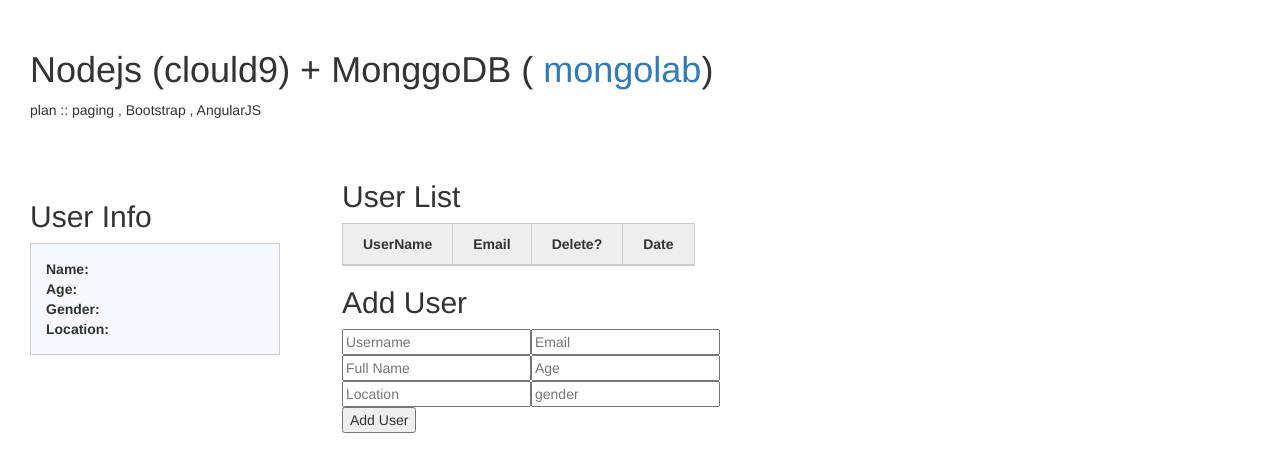
Repository: SeungHyunChoi/choish777
Page: http://localhost/
The author's editor kept a record of every edit. The page is drawn from the files as they stood at one moment, then again after the next edit.
The browser window is 1280 px wide. The pictures show the whole page.
The page is served by the project's Node server (app.js). Other server files are loaded and not shown. Queries for data that is not in the repository find no rows.

Above is the page before.
Console error: ReferenceError: shwo is not defined

### workspace/views/index.jade
extends layout


block content
    h1= title
    h1 Nodejs (clould9) + MonggoDB ( <a href="https://mongolab.com/" target="_new">mongolab</a>)
    div plan :: paging , Bootstrap , AngularJS
    br
    br
    // Wrapper
    #wrapper

        // USER INFO
        #userInfo
            h2 User Info
            p
                strong Name:
                |  <span id='userInfoName'>#{userInfoName}</span>
                br
                strong Age:
                |  <span id='userInfoAge'>#{userInfoAge}</span>
                br
                strong Gender:
                |  <span id='userInfoGender'>#{userInfoGender}</span>
                br
                strong Location:
                |  <span id='userInfoLocation'>#{userInfoLocation}</span>
        // /USER INFO
        // USER LIST
        h2 User List

        #userList
            table
                thead
                    th UserName
                    th Email
                    th Delete?
                    th Date
                tr
                    each user, i in userlist
                       td
                           a(href="#" , class="linkshowuser" ,rel="#{user._id}" )= user.username
                       td
                           = user.email
                       td
                           a(href="#" ,class="linkdeleteuser" , rel="#{user._id}")= user._id
                       td
                           = user.regdt
                               tr

            <div id="test" style="display:none">#{paging}</div>
            <div id="pagingBst">
        // /USER LIST
        // ADD USER
        h2 Add User
        #addUser
            fieldset
                input#inputUserName(type='text', placeholder='Username')
                input#inputUserEmail(type='text', placeholder='Email')
                br
                input#inputUserFullname(type='text', placeholder='Full Name')
                input#inputUserAge(type='text', placeholder='Age')
                br
                input#inputUserLocation(type='text', placeholder='Location')
                input#inputUserGender(type='text', placeholder='gender')
                br
                button#btnAddUser Add User
        // /ADD USER
        //paging
    // /WRAPPER

### workspace/views/layout.jade
doctype html
html
    head
        title= title
        link(rel='stylesheet', href='/stylesheets/style.css')
        link(rel='stylesheet', href='https://maxcdn.bootstrapcdn.com/bootstrap/3.3.4/css/bootstrap.min.css')
    body
        block content
        script(src='http://code.jquery.com/jquery-latest.min.js')
        script(src='/javascripts/global.js')
        script(src='https://maxcdn.bootstrapcdn.com/bootstrap/3.3.4/js/bootstrap.min.js')

### workspace/app.js
var express = require('express');
var path = require('path');
var favicon = require('serve-favicon');
var logger = require('morgan');
var cookieParser = require('cookie-parser');
var bodyParser = require('body-parser');

// New Code
var mongo = require('mongodb');
var monk = require('monk');
var db = monk('mongodb://choish777:asdqwe12@ds047008.mongolab.com:47008/cshdb');


var routes = require('./routes/index');
var users = require('./routes/users');

var app = express();

// view engine setup
app.set('views', path.join(__dirname, 'views'));
app.set('view engine', 'jade');

// uncomment after placing your favicon in /public
//app.use(favicon(__dirname + '/public/favicon.ico'));
app.use(logger('dev'));
app.use(bodyParser.json());
app.use(bodyParser.urlencoded({ extended: false }));
app.use(cookieParser());
app.use(express.static(path.join(__dirname, 'public')));

// Make our db accessible to our router
app.use(function(req,res,next){
    req.db = db;
    next();
});

app.use('/', routes);
app.use('/users', users);

// catch 404 and forward to error handler
app.use(function(req, res, next) {
  var err = new Error('Not Found');
  err.status = 404;
  next(err);
});

// error handlers

// development error handler
// will print stacktrace
if (app.get('env') === 'development') {
  app.use(function(err, req, res, next) {
    res.status(err.status || 500);
    res.render('error', {
      message: err.message,
      error: err
    });
  });
}

// production error handler
// no stacktraces leaked to user
app.use(function(err, req, res, next) {
  res.status(err.status || 500);
  res.render('error', {
    message: err.message,
    error: {}
  });
});


module.exports = app;

### workspace/routes/index.js
var express = require('express');
var router = express.Router();
var pagination = require('pagination');
var querystring = require("querystring");
var url = require("url");

function TodayNewDate(){
    var newDate = new Date();
    var dateString = "";
    var tz = newDate.getTime() + (newDate.getTimezoneOffset() * 60000) + (9 * 3600000);
    newDate.setTime(tz);

    dateString += newDate.getFullYear()+ "-";
    dateString += NewDateZero((newDate.getMonth() + 1)) + "-";
    dateString += NewDateZero(newDate.getDate()) + " ";
    dateString += NewDateZero(newDate.getHours()) + ":";
    dateString += NewDateZero(newDate.getMinutes()) + ":";
    dateString += NewDateZero(newDate.getSeconds());

    return dateString;
}

function NewDateZero(v){
    var date ="";
    if(parseInt(v) > 9){
        date = v;
    }else{
        date = '0' + v;
    }
    return date;
}


/* GET home page. */
router.get('/', function(req, res) {
    var db = req.db;
    console.log('page = > '+req.query.page);
    var pageNum = querystring.parse(req.url)['/?page'];

 //   console.log(req.connection.remoteAddress);
 console.log(TodayNewDate());
    var collection = db.get('cshcollection');
    collection.find({},{},function(e,docs){
        res.render('index', {
            userlist : docs,
         });
    });
});

/* GET Hello World page. */
router.get('/helloworld', function(req, res) {
	res.render('helloworld', { title: 'Hello, World!' });
});


/* GET New User page. */
router.get('/newuser', function(req, res) {
    res.render('newuser', { title: 'Add New User' });
});


/* POST to Add User Service */
router.post('/adduser', function(req, res) {

    // Set our internal DB variable
    var db = req.db;

    // Get our form values. These rely on the "name" attributes
    var userName = req.body.username;
    var userEmail = req.body.useremail;
    var userFullname = req.body.UserFullname;
    var userAge = req.body.UserAge;
    var userLocation = req.body.UserLocation;
    var gender = req.body.Gender;


    // Set our collection
    var collection = db.get('cshcollection');

    // Submit to the DB
    collection.insert({
        "username" : userName,
        "email" : userEmail,
        "fullname" :userFullname,
        "userAge" : userAge,
        "userLocation" :userLocation,
        "gender" :gender,
        "regdt" : TodayNewDate()
    }, function (err, doc) {
        if (err) {
            // If it failed, return error
            res.send("There was a problem adding the information to the database.");
        }
        else {
            // If it worked, set the header so the address bar doesn't still say /adduser
            res.location("/");
            // And forward to success page
            res.redirect("/");
        }
    });
});


/*
 * DELETE to deleteuser.
 */
router.post('/deleteuser/:id', function(req, res) {
    var db = req.db;
    var userToDelete = req.params.id;
    console.log(userToDelete);

    var collection = db.get('cshcollection');
    // Submit to the DB
    collection.remove({
        "_id" : userToDelete
    }, function (err, doc) {
        if (err) {
            // If it failed, return error
            res.send("There was a problem adding the information to the database.");
        }
        else {
            // If it worked, set the header so the address bar doesn't still say /adduser
            res.location("/");
            // And forward to success page
            res.redirect("/");
        }
    });

});


/*
 * show user list
 */
router.post('/userlist/:id', function(req, res) {
    var db = req.db;
    var userToDelete = req.params.id;
  //  console.log(userToDelete);

    var collection = db.get('cshcollection');
    // Submit to the DB

    collection.find({
        "_id" : userToDelete
    }, function (err, doc) {
              //  console.log(doc);
              //console.log(JSON.stringify(doc));
        if (err) {
            // If it failed, return error
            res.send("There was a problem adding the information to the database.");
        }
        else {
            res.writeHead(200, { 'Content-Type': 'application/json' });
            res.end(JSON.stringify(doc));
        }
    });

});

module.exports = router;

### workspace/public/stylesheets/style.css
body {
  padding: 30px;
  font: 14px "Lucida Grande", Helvetica, Arial, sans-serif;
}

h2 {
	margin:0 0 .5em 0;
}

a {
  color: #00B7FF;
}


#wrapper {
	padding-left:312px;
	position:relative;
}

#userList {
	margin:0 0 30px 0;
}
	#userList table {
		border-collapse:separate;
		border-spacing:1px;
		background:#CCC;
	}
		#userList table th {
			background:#EEE;
			font-weight:600;
			padding:10px 20px;
			text-align:center;
		}
		#userList table tbody {
			padding:0; margin:0;
			border-collapse:collapse;
			border-spacing:0px;
		}
			#userList table td {
				background:#FFF;
				padding:5px 10px;
				text-align:center;
			}

#userInfo {
	width:250px;
	position:absolute;
	top:0; left:0;
}
	#userInfo p {
		padding:15px;
		border:1px solid #CCC;
		background:rgba(80,120,255,0.05);
	}

fieldset {
	border:0;
	padding:0; margin:0;
}

### workspace/public/javascripts/global.js
// Userlist data array for filling in info box
var userListData = [];

// DOM Ready =============================================================
$(document).ready(function() {
    // Populate the user table on initial page load
   // populateTable();

    // Username link click
    $('#userList table tbody').on('click', 'td a.linkshowuser', showUserInfo);

    // Add User button click
    $('#btnAddUser').on('click', addUser);

    // Delete User link click
    $('#userList table tbody').on('click','td a.linkdeleteuser', deleteUser);


    // $('#pagingBst').html(paging.textContent);
    // $('#pagingBst').html(paging.innerHTML);
    // $('#pagingBst').text(paging.innerHTML);

    shwo();

 });

// Functions =============================================================

 function populateTable() {
// Empty content string
var tableContent = '';

// jQuery AJAX call for JSON

$.getJSON( '/userlist', function( data ) {

// Stick our user data array into a userlist variable in the global object
userListData = data;
$("#userList tbody tr").remove();

var tbody = $("#userList tbody:last");

// For each item in our JSON, add a table row and cells to the content string

$.each(data, function(){
tbody.append($('<tr>')

.append($('<td>')

.append($('')

.attr('href', '#')

.data('user', this)

.text(this.username)

.click(showUserInfo)

)

)

.append($('<td>')

.append($('')

.text(this.email)

)

)

.append($('<td>')

.append($('')

.attr('href', '#')

.data('user', this)

.text('delete')

.click(deleteUser)

)

)

);

});





// Add User button click

$('#btnAddUser').off().on('click', addUser);



});

};


// Add User
function addUser(event) {
    event.preventDefault();
     // Super basic validation - increase errorCount variable if any fields are blank
    var errorCount = 0;
    $('#addUser input').each(function(index, val) {
        if($(this).val() === '') { errorCount++; }
    });

    // Check and make sure errorCount's still at zero
    if(errorCount === 0) {

        // If it is, compile all user info into one object
        var newUser = {
            'username': $('#addUser fieldset input#inputUserName').val(),
            'useremail': $('#addUser fieldset input#inputUserEmail').val(),
            'UserFullname': $('#addUser fieldset input#inputUserFullname').val(),
            'UserAge': $('#addUser fieldset input#inputUserAge').val(),
            'UserLocation': $('#addUser fieldset input#inputUserLocation').val(),
            'Gender': $('#addUser fieldset input#inputUserGender').val()

        }

        $.ajax({
            type : "post" //"POST", "GET"
            , data : newUser
            , url : '/adduser/'
            , contentType: "application/x-www-form-urlencoded; charset=UTF-8"
            , error : function(request, status, error) {
             //통신 에러 발생시 처리
             alert(error.message + '에러 발생' );
             }
            , success : function(response, status, request) {
             //통신 성공시 처리
             alert('Success insert');
            }
            , beforeSend: function() {
             //통신을 시작할때 처리
             //alert('시작합니다.');
            }
            , complete: function() {
             //통신이 완료된 후 처리
            document.location.reload();
            }
        });
    }
    else {
        // If errorCount is more than 0, error out
        alert('Please fill in all fields');
        return false;
    }
};

// Delete User
function deleteUser(event) {

    event.preventDefault();
     // Pop up a confirmation dialog
    var confirmation = confirm('Are you sure you want to delete this user?');

    // Check and make sure the user confirmed
    if (confirmation === true) {

        // If they did, do our delete
       /* $.ajax({
            type: 'post',
            url: '/deleteuser/' + $(this).attr('rel')
        }).success(function( response ) {
             // Check for a successful (blank) response
            if (response.msg === '') {
                alert('Error: ' + response.msg);
            }
            else {
                alert('Error: ' + response.msg);
            }

            // Update the table
//            populateTable();
               document.location.reload();
        });
*/

                $.ajax({
                    type : "post" //"POST", "GET"
                    , async : true //true, false
                    , url : '/deleteuser/' + $(this).attr('rel')
                    , contentType: "application/x-www-form-urlencoded; charset=UTF-8"
                    , error : function(request, status, error) {
                     //통신 에러 발생시 처리
                     alert("잠시후 다시 시도해 주세요.");
                    }
                    , success : function(response, status, request) {
                     //통신 성공시 처리
                      alert('Success delete');
                    }
                    , beforeSend: function() {
                     //통신을 시작할때 처리
                     //alert('시작합니다.');
                    }
                    , complete: function() {
                     //통신이 완료된 후 처리
                    document.location.reload();

                    }
                });


    }
    else {

        // If they said no to the confirm, do nothing
        return false;

    }



};


// Show User Info
function showUserInfo(event) {

    // Prevent Link from Firing
    event.preventDefault();

        $.ajax({
            type : "post" //"POST", "GET"
            , async : true //true, false
            , url : '/userlist/' + $(this).attr('rel')
            , dataType: "json"
            , contentType: "application/x-www-form-urlencoded; charset=UTF-8"
            , error : function(request, status, error) {
             //통신 에러 발생시 처리
             alert(error.message + '에러 발생' );
             }
            , success : function(response, status, request) {
             //통신 성공시 처리
                $.each(response, function(index, element) {
                    $('#userInfoName').text(element.fullname);
                    $('#userInfoAge').text(element.userAge);
                    $('#userInfoGender').text(element.gender);
                    $('#userInfoLocation').text(element.userLocation);
                });

            }
            , beforeSend: function() {
             //통신을 시작할때 처리
             //alert('시작합니다.');
            }
            , complete: function() {
             //통신이 완료된 후 처리
//            document.location.reload();
            }
        });
};

After the next edit:
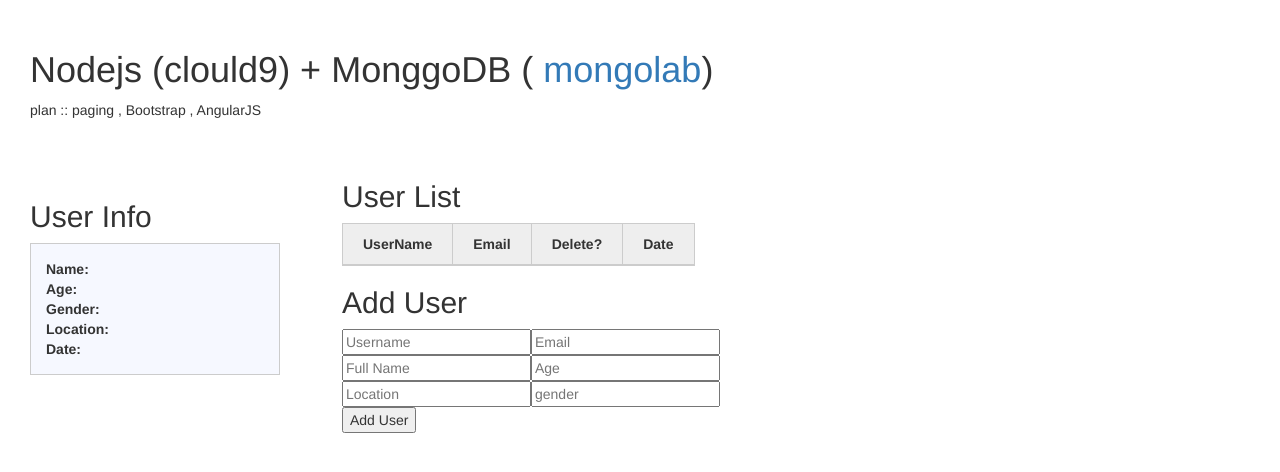
The edit:
--- a/workspace/views/index.jade
+++ b/workspace/views/index.jade
@@ -25,6 +25,9 @@
                 br
                 strong Location:
                 |  <span id='userInfoLocation'>#{userInfoLocation}</span>
+                br
+                strong Date:
+                |  <span id='userInfoDate'>#{userInfoDate}</span>
         // /USER INFO
         // USER LIST
         h2 User List
